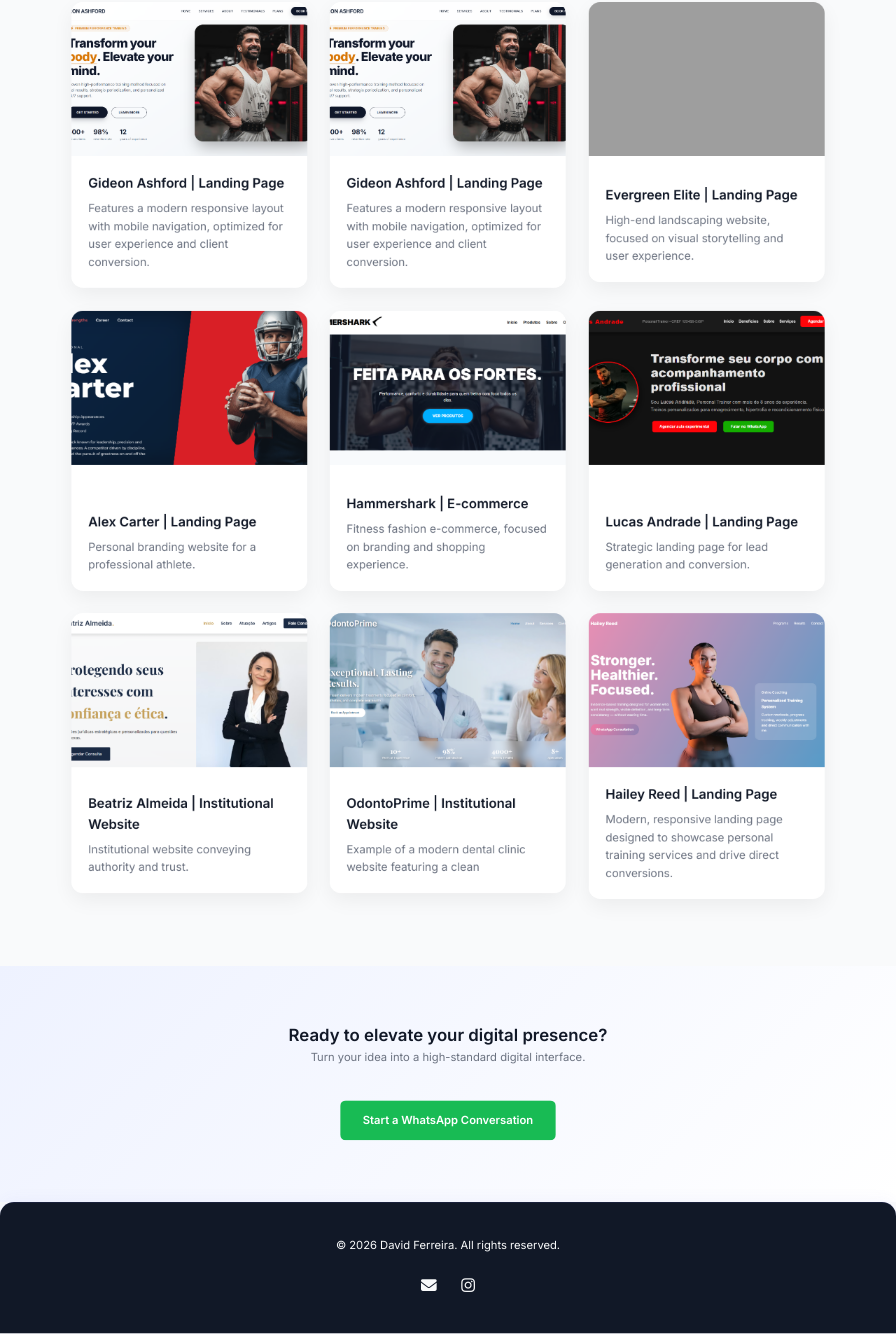
Repository: davidfsillva/portifolio
Page: index.html
The author's editor kept a copy of each file at every save. The page is drawn from the files as they stood at one save, then again after the next save.
The browser window is 1280 px wide. The pictures show the part of the page from y = 1480 to 3400 px (the page is 3385 px tall before and 3436 px after), at 70% of full size.
Pictures or frames that could not be fetched are drawn as grey boxes.

Above is the page before, as saved 2026-02-19 16:44:47.
Console error: TypeError: Cannot read properties of null (reading 'addEventListener')

After the next save:
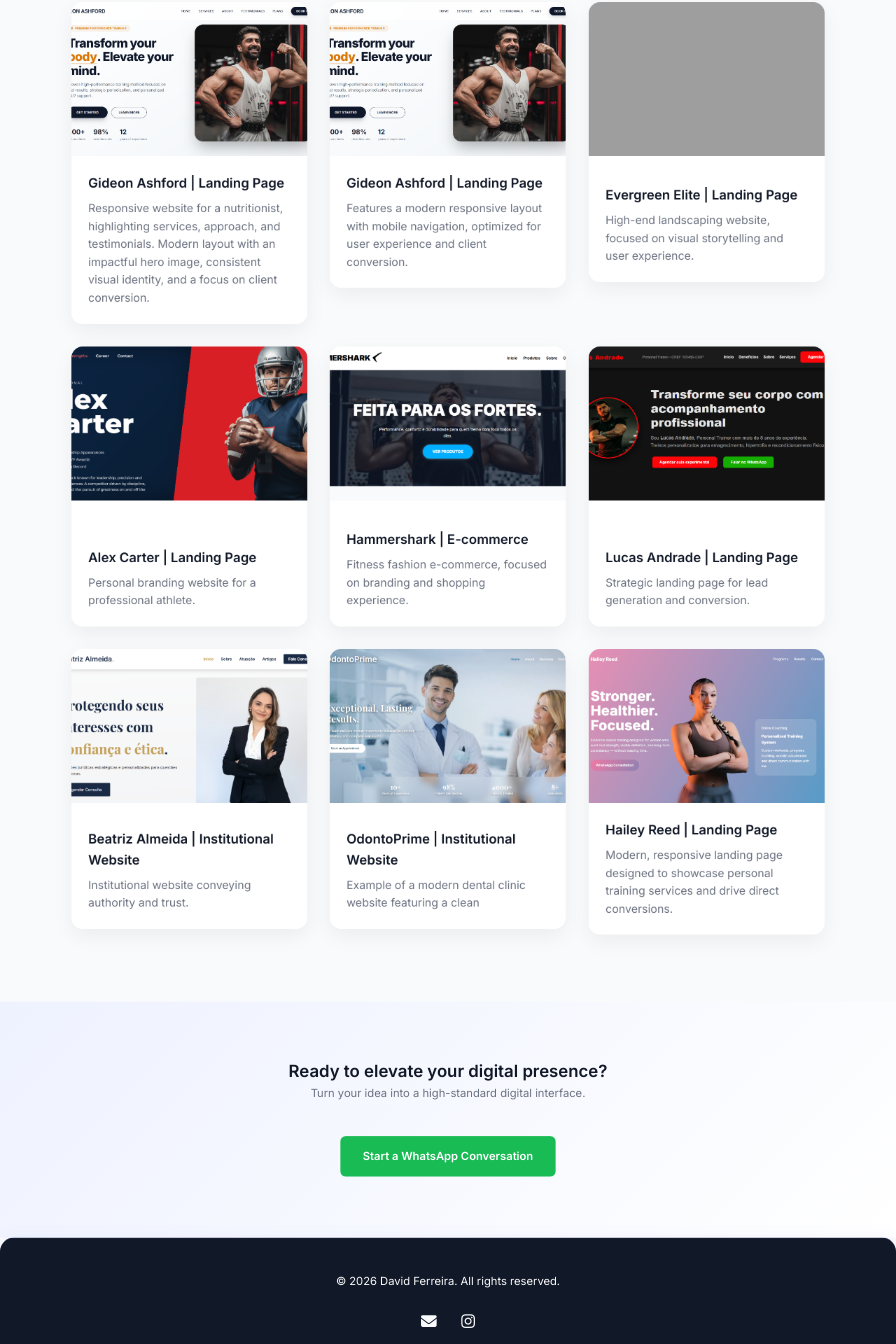
Saved 14 s later.
--- a/index.html
+++ b/index.html
@@ -90,7 +90,8 @@
                     </div>
                     <div class="card-info">
                         <h3>Gideon Ashford | Landing Page</h3>
-                        <p>Features a modern responsive layout with mobile navigation, optimized for user experience and client conversion.</p>
+                        <p>Responsive website for a nutritionist, highlighting services, approach, and testimonials.
+Modern layout with an impactful hero image, consistent visual identity, and a focus on client conversion.</p>
                     </div>
                 </div>
             </a>

After the 3 saves that followed:
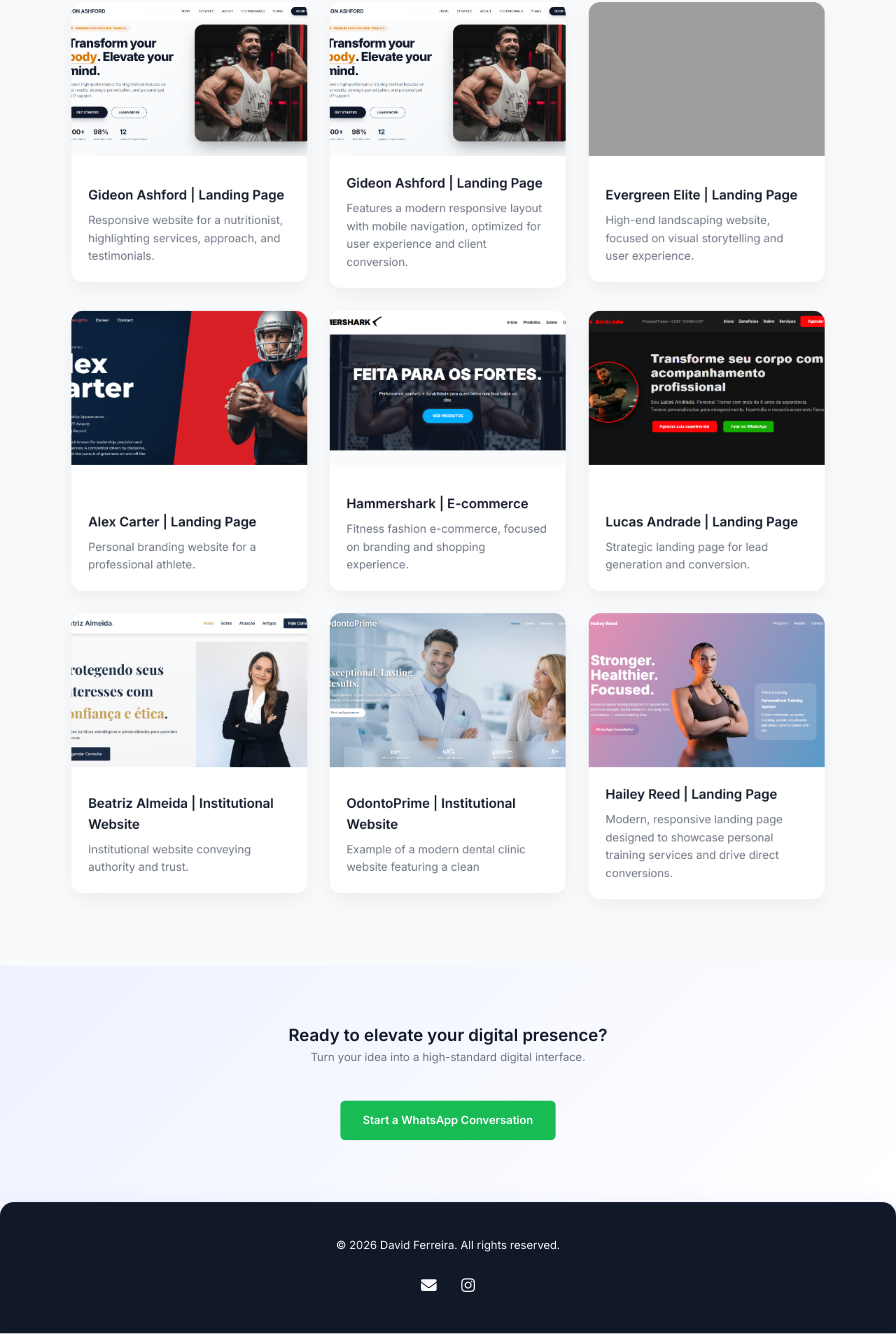
The 3 saves are shown as one change because 1 left the picture as it was and some came seconds apart.
The last was saved 57 s later.
--- a/index.html
+++ b/index.html
@@ -90,8 +90,7 @@
                     </div>
                     <div class="card-info">
                         <h3>Gideon Ashford | Landing Page</h3>
-                        <p>Responsive website for a nutritionist, highlighting services, approach, and testimonials.
-Modern layout with an impactful hero image, consistent visual identity, and a focus on client conversion.</p>
+                        <p>Responsive website for a nutritionist, highlighting services, approach, and testimonials.</p>
                     </div>
                 </div>
             </a>
